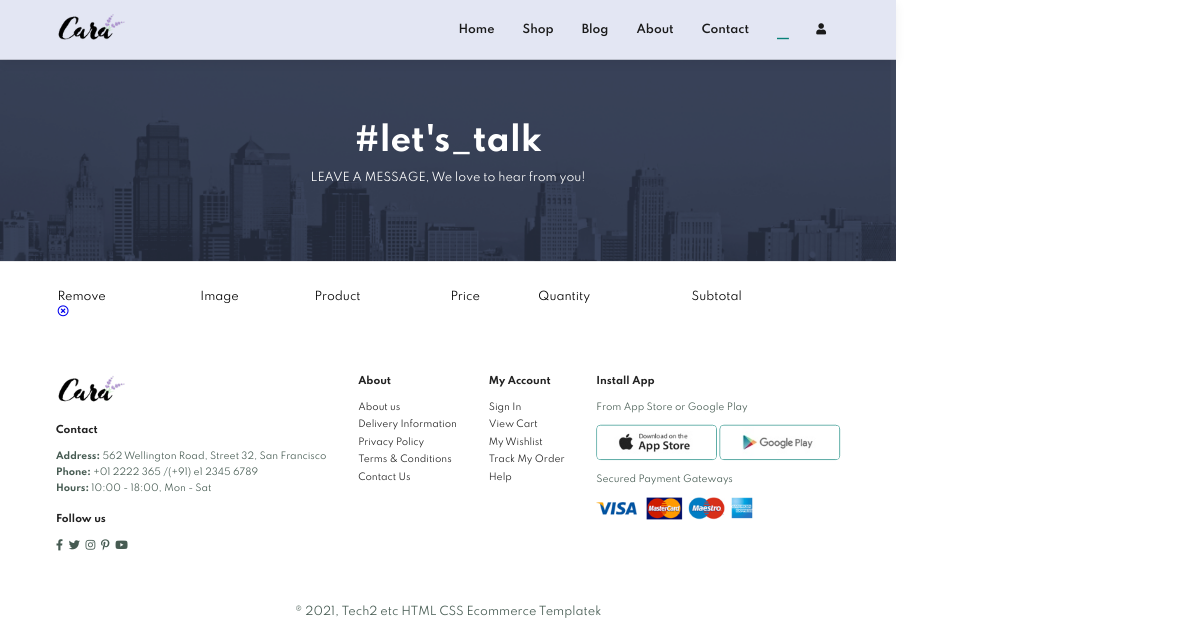
Repository: MinhNhatIT2901/Ecommerce
Page: cart.html
These files come from the project's save history. The page is drawn as it stood at one moment and after the next save; the edit follows.
The browser window is 1280 px wide. The page is 1280 px wide, then 1681 px, so the pictures cover 1681 px, including what lies to the right of the window. The pictures show the part of the page from y = 0 to 1440 px (the page is 903 px tall before and 1989 px after), at 70% of full size.
Some web libraries are served in a nearby version.

Above is the page before, as saved 2022-01-28 10:37:27.

### cart.html
<!DOCTYPE html>
<html lang="en">
<head>
    <meta charset="UTF-8">
    <meta http-equiv="X-UA-Compatible" content="IE=edge">
    <meta name="viewport" content="width=device-width, initial-scale=1.0">
    <title>Ecommerce</title>
    <link rel="stylesheet" href="https://pro.fontawesome.com/releases/v5.10.0/css/all.css" integrity="sha384-AYmEC3Yw5cVb3ZcuHtOA93w35dYTsvhLPVnYs9eStHfGJvOvKxVfELGroGkvsg+p" crossorigin="anonymous"/>
    <link rel="stylesheet" href="./styles/style.css">
</head>
<body>
    <div id="progressbar"></div>
    <div id="scrollPath"></div>

    <section id="header">
        <a href="">
            <img src="./imgs/img/logo.png" alt="" class="logo">
        </a>
        <div>
            <ul id="navbar">
                <li><a href="index.html">Home</a></li>
                <li><a href="shop.html">Shop</a></li>
                <li><a href="blog.html">Blog</a></li>
                <li><a href="about.html">About</a></li>
                <li><a href="contact.html">Contact</a></li>
                <li id="lg-bar"><a class="active" href="cart.html"><i class="far fa-shopping-bag"></i></a></li>
                <li><a href="login.html"><i class="fas fa-user"></i></a></li>
                <a href="#" id="close">
                    <i class="far fa-times"></i>
                </a>
            </ul>
        </div>
        <div id="mobile">
            <a href="cart.html"><i class="far fa-shopping-bag"></i></a>
            <i id="bar" class="fas fa-outdent"></i>
        </div>
    </section>

    <section id="page-header" class="about-header">
        <h2>#let's_talk</h2>
        <p>LEAVE A MESSAGE, We love to hear from you!</p>
    </section>

    <div id="cart" class="section-p1">
        <table width="100%">
            <thead>
                <tr>
                    <td>Remove</td>
                    <td>Image</td>
                    <td>Product</td>
                    <td>Price</td>
                    <td>Quantity</td>
                    <td>Subtotal</td>
                </tr>
            </thead>
            <tbody>
                <tr>
                    <td>
                        <a href="#"><i class="far fa-times-circle"></i></a>
                    </td>
                </tr>
            </tbody>
        </table>
    </div>


    <footer class="section-p1">
        <div class="col">
            <img  class="logo" src="imgs/img/logo.png" alt="">
            <h4>Contact</h4>
            <p><strong>Address: </strong> 562 Wellington Road, Street 32, San Francisco</p>
            <p><strong>Phone:</strong> +01 2222 365 /(+91) e1 2345 6789</p>
            <p><strong>Hours:</strong> 10:00 - 18:00, Mon - Sat</p>
            <div class="follow">
                <h4>Follow us</h4>
                <div class="icon">
                    <i class="fab fa-facebook-f"></i>
                    <i class="fab fa-twitter"></i>
                    <i class="fab fa-instagram"></i>
                    <i class="fab fa-pinterest-p"></i>
                    <i class="fab fa-youtube"></i>
                </div>
            </div>
        </div>

        <div class="col">
            <h4>About</h4>
            <a href="#">About us</a>
            <a href="#">Delivery Information</a>
            <a href="#">Privacy Policy</a>
            <a href="#">Terms & Conditions</a>
            <a href="#">Contact Us</a>
        </div>

        <div class="col">
            <h4>My Account</h4>
            <a href="#">Sign In</a>
            <a href="#">View Cart</a>
            <a href="#">My Wishlist</a>
            <a href="#">Track My Order</a>
            <a href="#">Help</a>
        </div>

        <div class="col install">
            <h4>Install App</h4>
            <p>From App Store or Google Play</p>
            <div class="row">
                <img src="imgs/img/pay/app.jpg" alt="">
                <img src="imgs/img/pay/play.jpg" alt="">
            </div>
            <p>Secured Payment Gateways </p>
            <img src="imgs/img/pay/pay.png" alt="">
        </div>
    </footer>
    <div class="copyright">
        <p>® 2021, Tech2 etc HTML CSS Ecommerce Templatek</p>
    </div>
    <script src="./styles/style.js"></script>
    <script type="text/javascript">
        let progress = document.getElementById('progressbar')
        let totalHeight = document.body.scrollHeight - window.innerHeight
        window.onscroll = function() {
            let progressHeight = (window.pageYOffset / totalHeight) * 100
            progress.style.height = progressHeight + "%"
        }
    </script>
</body>
</html>

### styles/style.css
@import url("https://fonts.googleapis.com/css2?family=Poppins:wght@400;500;600;700&family=Spartan:wght@400;500;600;700&display=swap");

::-webkit-scrollbar {
  width: 0;
}

#scrollPath {
  position: fixed;
  top: 0;
  right: 0;
  width: 8px;
  height: 100%;
  background: rgba(255, 255, 255, 0.03);
}

#progressbar {
  position: fixed;
  top: 0;
  right: 0;
  width: 6px;
  background: linear-gradient(to top, #59adf7, #67f0e2);
  animation: animate 5s linear infinite;
}

@keyframes animate {
  0%,
  100% {
    filter: hue-rotate(0deg);
  }
  50% {
    filter: hue-rotate(360deg);
  }
}

#progressbar::before {
  content: "";
  position: absolute;
  top: 0;
  left: 0;
  width: 100%;
  height: 100%;
  background: linear-gradient(to top, #008aff, #00ffe7);
  filter: blur(10px);
}

#progressbar::after {
  content: "";
  position: absolute;
  top: 0;
  left: 0;
  width: 100%;
  height: 100%;
  background: linear-gradient(to top, #008aff, #00ffe7);
  filter: blur(30px);
}

:root {
  --primary-color: #088178;
}
* {
  padding: 0;
  margin: 0;
  box-sizing: border-box;
  font-family: "Spartan", sans-serif;
}

h1 {
  font-size: 50px;
  line-height: 64px;
  color: #222;
}

h2 {
  font-size: 46px;
  line-height: 54px;
  color: #222;
}

h4 {
  font-size: 20px;
  color: #222;
}

h6 {
  font-weight: 700;
  font-size: 12px;
}

p {
  font-size: 16px;
  color: #465b52;
  margin: 15px 0 20px 0;
}

.section-p1 {
  padding: 40px 80px;
}

.section-m1 {
  margin: 40px 0;
}

button.normal {
  font-size: 14px;
  font-weight: 600;
  padding: 15px 30px;
  color: #000;
  background-color: #fff;
  cursor: pointer;
  border-radius: 4px;
  outline: none;
  transition: 0.25s;
  border: none;
}

button.white {
  font-size: 13px;
  font-weight: 600;
  padding: 11px 18px;
  color: #fff;
  background-color: transparent;
  cursor: pointer;
  outline: none;
  transition: 0.25s;
  border: 1px solid #fff;
  transition: 0.25s ease;
}

body {
  width: 100%;
}

/* Header */
#header {
  display: flex;
  align-items: center;
  justify-content: space-between;
  padding: 20px 80px;
  background: #e3e6f3;
  box-shadow: 0 5px 15px rgba(0, 0, 0, 0.06);
  z-index: 100;
  position: sticky;
  top: 0;
  left: 0;
}

#navbar {
  display: flex;
  align-items: center;
  justify-content: center;
}

#navbar li {
  list-style: none;
  padding: 0 20px;
  position: relative;
}

#navbar li a {
  text-decoration: none;
  font-size: 16px;
  font-weight: 600;
  color: #1a1a1a;
  transition: 0.25s ease;
}

#navbar li a:hover,
#navbar li a.active {
  color: var(--primary-color);
}

#navbar li a.active::after,
#navbar li a:hover::after {
  content: "";
  width: 30%;
  height: 2px;
  position: absolute;
  bottom: -4px;
  left: 20px;
  background: var(--primary-color);
}

#mobile {
  display: none;
  align-items: center;
}

#close {
  display: none;
}

/* Page home */
#hero {
  background-image: url("/imgs/img/hero4.png");
  height: 90vh;
  width: 100%;
  background-position: top 25% right 0;
  background-size: cover;
  padding: 0 80px;
  display: flex;
  align-items: flex-start;
  justify-content: center;
  flex-direction: column;
}

#hero h4 {
  padding-bottom: 15px;
}

#hero h1 {
  color: var(--primary-color);
}

#hero button {
  background-image: url("/imgs/img/button.png");
  background-color: transparent;
  color: var(--primary-color);
  border: 0;
  padding: 14px 80px 14px 65px;
  background-repeat: no-repeat;
  font-weight: 700;
  font-size: 15px;
  cursor: pointer;
}

#hero button:hover {
  opacity: 0.8;
}

#feature {
  display: flex;
  align-items: center;
  justify-content: space-between;
  flex-wrap: wrap;
}

#feature .fe-box {
  width: 180px;
  text-align: center;
  padding: 25px 15px;
  box-shadow: 20px 20px 34px rgba(0, 0, 0, 0.03);
  border: 1px solid #cce7d0;
  border-radius: 4px;
  margin: 15px 0;
}

#feature .fe-box:hover {
  box-shadow: 10px 10px 54px rgba(70, 62, 221, 0.1);
  cursor: pointer;
}

#feature .fe-box img {
  width: 100%;
  margin-bottom: 10px;
}

#feature .fe-box h6 {
  padding: 9px 8px 6px 8px;
  line-height: 1;
  border-radius: 4px;
  color: #088178;
  background-color: #fddde4;
}

#feature .fe-box:nth-child(2) h6 {
  background-color: #cdebbc;
}

#feature .fe-box:nth-child(3) h6 {
  background-color: #d1e8f2;
}

#feature .fe-box:nth-child(4) h6 {
  background-color: #cdd4f8;
}

#feature .fe-box:nth-child(5) h6 {
  background-color: #f6dbf6;
}

#feature .fe-box:nth-child(6) h6 {
  background-color: #fff2e5;
}

#product1 {
  text-align: center;
}

#product1 .pro-container {
  display: flex;
  justify-content: space-between;
  padding-top: 20px;
  flex-wrap: wrap;
}

#product1 .pro {
  width: 23%;
  min-width: 250px;
  padding: 10px 12px;
  border: 1px solid #cce7d0;
  border-radius: 25px;
  cursor: pointer;
  box-shadow: 20px 20px 30px rgba(0, 0, 0, 0.02);
  margin: 15px 0;
  transition: 0.25s ease-in;
  position: relative;
}

#product1 .pro:hover {
  box-shadow: 20px 20px 30px rgba(0, 0, 0, 0.06);
}

#product1 .pro img {
  width: 100%;
  border-radius: 20px;
}

#product1 .pro .des {
  text-align: start;
  padding: 10px 0;
}

#product1 .pro .des span {
  color: #606060;
  font-size: 12px;
}

#product1 .pro .des h5 {
  padding-top: 7px;
  color: #1a1a1a;
  font-size: 14px;
}

#product1 .pro .des i {
  font-size: 12px;
  color: rgb(243, 181, 25);
}

#product1 .pro .des h4 {
  padding-top: 17px;
  font-size: 15px;
  font-weight: 700;
  color: var(--primary-color);
}

#product1 .pro .cart {
  width: 40px;
  height: 40px;
  line-height: 40px;
  border-radius: 50px;
  background-color: #e8f6ea;
  color: var(--primary-color);
  border: 1px solid #cce7d0;
  right: 10px;
  position: absolute;
  bottom: 20px;
}

#product1 .pro .cart:hover {
  background-color: #a2fab0;
}

#banner {
  display: flex;
  flex-direction: column;
  justify-content: center;
  align-items: center;
  text-align: center;
  background-image: url("/imgs/img/banner/b2.jpg");
  width: 100%;
  height: 40vh;
  background-size: cover;
  background-position: center;
}

#banner h4 {
  color: #fff;
  font-size: 16px;
}

#banner h2 {
  color: #fff;
  font-size: 30px;
  padding: 10px 0;
}

#banner h2 span {
  color: #ef3636;
}

#banner button:hover {
  background-color: var(--primary-color);
  color: #fff;
}

#sm-banner {
  display: flex;
  justify-content: space-between;
  flex-wrap: wrap;
}

#sm-banner .banner-box {
  display: flex;
  flex-direction: column;
  justify-content: center;
  align-items: flex-start;
  background-image: url("/imgs/img/banner/b17.jpg");
  min-width: 660px;
  height: 50vh;
  background-size: cover;
  background-position: center;
  padding: 30px;
}

#sm-banner h4 {
  color: #fff;
  font-size: 30px;
  font-weight: 300;
}

#sm-banner h2 {
  color: #fff;
  font-size: 28px;
  font-weight: 800;
}

#sm-banner span {
  color: #fff;
  font-size: 16px;
  font-weight: 300;
  padding-bottom: 15px;
}

#sm-banner .banner-box:hover button {
  background: var(--primary-color);
  border: 1px solid var(--primary-color);
}

#sm-banner .banner-box2 {
  background-image: url("/imgs/img/banner/b10.jpg");
}

#banner3 {
  display: flex;
  justify-content: space-between;
  flex-wrap: wrap;
  padding: 0 80px;
}

#banner3 .banner-box {
  display: flex;
  flex-direction: column;
  justify-content: center;
  align-items: flex-start;
  background-image: url("/imgs/img/banner/b7.jpg");
  min-width: 30%;
  height: 30vh;
  background-size: cover;
  background-position: center;
  padding: 20px;
}

#banner3 h2 {
  color: #fff;
  font-weight: 900;
  font-size: 22px;
}

#banner3 h3 {
  color: red;
  font-weight: 800;
  font-size: 15px;
}

#banner3 .banner-box2 {
  background-image: url("/imgs/img/banner/b4.jpg");
}

#banner3 .banner-box3 {
  background-image: url("/imgs/img/banner/b18.jpg");
}

#newsletter {
  display: flex;
  justify-content: space-between;
  flex-wrap: wrap;
  text-align: center;
  background-image: url("/imgs/img/banner/b14.jpg");
  background-repeat: no-repeat;
  background-position: 20% 30%;
  background-color: #041e42;
}

#newsletter h4 {
  font-size: 22px;
  font-weight: 600;
  color: #fff;
}

#newsletter p {
  font-size: 22px;
  font-weight: 600;
  color: #818ea0;
}

#newsletter p span {
  color: #ffbd27;
}

#newsletter .form {
  display: flex;
  height: 3.123rem;
}

.form-input {
  padding: 0 1.25rem;
  font-size: 14px;
  border: 1px solid transparent;
  border-radius: 4px;
  outline: none;
  border-top-right-radius: 0;
  border-bottom-right-radius: 0;
  position: relative;
}

.form-input:focus {
  border-color: #210af7;
}

#newsletter button {
  background-color: var(--primary-color);
  color: #fff;
  white-space: nowrap;
  border-top-left-radius: 0;
  border-bottom-left-radius: 0;
}

footer {
  display: flex;
  flex-wrap: wrap;
  justify-content: space-between;
}

footer .col {
  display: flex;
  flex-direction: column;
  align-items: flex-start;
  margin-bottom: 20px;
}

footer .logo {
  margin-bottom: 30px;
}

footer h4 {
  font-size: 14px;
  padding-bottom: 20px;
}

footer p {
  font-size: 13px;
  margin: 0 0 8px 0;
}

footer a {
  font-size: 13px;
  text-decoration: none;
  color: #222;
  margin-bottom: 10px;
}

footer .follow {
  margin-top: 20px;
}

footer .follow i {
  color: #465b52;
  padding-right: 4px;
  cursor: pointer;
}

.row img:hover {
  cursor: pointer;
  transform: scale(1.03);
}

footer .install .row img {
  border: 1px solid var(--primary-color);
  border-radius: 6px;
}

footer .install img {
  margin: 10px 0 15px 0;
  transition: transform 0.25s linear;
}

footer .follow i:hover,
footer a:hover {
  color: var(--primary-color);
}

.copyright {
  text-align: center;
}

/* Shop */
#page-header {
  background-image: url("/imgs/img/banner/b1.jpg");
  width: 100%;
  height: 40vh;
  background-size: cover;
  display: flex;
  justify-content: center;
  align-items: center;
  text-align: center;
  flex-direction: column;
  padding: 14px;
}

#page-header h2,
#page-header p {
  color: #fff;
}

#pagination {
  text-align: center;
}

#pagination a {
  text-decoration: none;
  background-color: var(--primary-color);
  padding: 15px 20px;
  border-radius: 4px;
  font-weight: 600;
  color: #fff;
}

#pagination a i {
  font-size: 16px;
  font-weight: 600;
}

/* Single Product */
#prodetails {
  display: flex;
  margin-top: 20px;
}
#prodetails .single-pro-img {
  width: 40%;
  margin-right: 50px;
}

.small-img-group {
  display: flex;
  justify-content: space-between;
}

.small-img-col {
  flex-basis: 24%;
  cursor: pointer;
}

.single-pro-details {
  width: 50%;
  padding-top: 30px;
}

.single-pro-details h4 {
  padding: 40px 0 20px 0;
}

.single-pro-details h2 {
  font-size: 26px;
}

.single-pro-details select {
  display: block;
  padding: 5px 10px;
  margin-bottom: 10px;
  cursor: pointer;
}

.single-pro-details input {
  width: 50px;
  height: 47px;
  padding-left: 10px;
  font-size: 16px;
  margin-right: 10px;
}

.single-pro-details input:focus {
  outline: none;
}

.single-pro-details button {
  background: var(--primary-color);
  color: #fff;
}

.single-pro-details span {
  line-height: 25px;
}

/* Blog Page */
#page-header.blog-header {
  background-image: url("/imgs/img/banner/b19.jpg");
}

#blog {
  padding: 150px 150px 0 150px;
}

#blog .blog-box {
  position: relative;
  display: flex;
  align-items: center;
  width: 100%;
  padding-bottom: 90px;
}

#blog .blog-img {
  width: 50%;
  margin-right: 40px;
}

#blog img {
  width: 100%;
  height: 300px;
  object-fit: cover;
}

#blog .blog-details {
  width: 50%;
}

#blog .blog-details a {
  text-decoration: none;
  font-size: 11px;
  color: #000;
  font-weight: 700;
  position: relative;
  transition: 0.25 ease;
}

#blog .blog-details a::after {
  content: "";
  width: 50px;
  height: 1px;
  background-color: #000;
  position: absolute;
  top: 4px;
  right: -60px;
}

#blog .blog-details a:hover {
  color: var(--primary-color);
}

#blog .blog-details a:hover::after {
  background-color: var(--primary-color);
}

#blog .blog-box h1 {
  position: absolute;
  top: -40px;
  left: 0;
  font-size: 70px;
  font-weight: 700;
  z-index: -9;
  color: #c9cbce;
}

/* About Page */
#page-header.about-header {
  background-image: url("/imgs/img/about/banner.png");
}

#about-head {
  display: flex;
  align-items: center;
}

#about-head img {
  width: 50%;
  height: auto;
}

#about-head div {
  padding-left: 40px;
}

#about-head div p,
#about-head div abbr {
  line-height: 1.4;
}

#about-app {
  text-align: center;
}

#about-app .video {
  width: 70%;
  height: 100%;
  margin: 30px auto 0;
}

#about-app .video video {
  width: 100%;
  height: 100%;
  border-radius: 20px;
}

/* Contact Page */

.contact-details {
  display: flex;
  align-items: center;
  justify-content: space-between;
}

.contact-details .details {
  width: 40%;
}

.contact-details .details {
  width: 40%;
}

.contact-details .details span,
#form-details form span {
  font-size: 12px;
}

.contact-details .details h2,
#form-details form h2 {
  font-size: 26px;
  line-height: 35px;
  padding: 20px 0;
}

.contact-details .details h3 {
  font-size: 16px;
  padding-bottom: 15px;
}

.contact-details .details li {
  list-style: none;
  display: flex;
  padding: 10px 0;
}

.contact-details .details li i {
  font-size: 14px;
  padding-right: 22px;
}

.contact-details .details li p {
  margin: 0;
  font-size: 14px;
}

.contact-details .map {
  width: 55%;
  height: 400px;
}

.contact-details .map iframe {
  width: 100%;
  height: 100%;
}

#form-details {
  display: flex;
  justify-content: space-between;
  margin: 30px;
  padding: 80px;
  border: 1px solid #e1e1e1;
}

#form-details form {
  width: 65%;
  display: flex;
  flex-direction: column;
  align-items: flex-start;
}

#form-details form input,
#form-details form textarea {
  width: 100%;
  padding: 12px 15px;
  outline: none;
  margin-bottom: 20px;
  border: 1px solid #e1e1e1;
}

#form-details form button {
  background-color: #088178;
  color: #fff;
}

#form-details .people div {
  padding-bottom: 25px;
  display: flex;
  align-items: flex-start;
}

#form-details .people div img {
  width: 65px;
  height: 65px;
  object-fit: cover;
  margin-right: 15px;
}

#form-details .people div p {
  margin: 0;
  font-size: 13px;
  line-height: 25px;
}

#form-details .people div p span {
  display: block;
  font-size: 16px;
  font-weight: 600;
  color: O#00e;
}

/* Reponsive Start Media */
@media (max-width: 799px) {
  .section-p1 {
    padding: 40px 40px;
  }
  #navbar {
    display: flex;
    flex-direction: column;
    align-items: flex-start;
    justify-content: flex-start;
    position: fixed;
    top: 0;
    right: -300px;
    height: 100vh;
    width: 300px;
    background-color: #e3e6f3;
    box-shadow: 0 40px 60px rgba(0, 0, 0, 0.02);
    padding: 80px 0 0 10px;
    transition: 0.25s ease;
  }

  #navbar.active {
    right: 0;
  }

  #navbar li {
    margin-bottom: 25px;
  }

  #mobile {
    display: flex;
    align-items: center;
  }

  #mobile i {
    color: #1a1a1a;
    font-size: 24px;
    padding-left: 20px;
  }

  #close {
    position: absolute;
    top: 30px;
    right: 30px;
    color: #222;
    font-size: 24px;
    display: initial;
  }

  #lg-bar {
    display: none;
  }

  #hero {
    height: 70vh;
    padding: 0 80px;
    display: flex;
    background-position: top 30% right 30%;
  }

  #feature {
    justify-content: center;
  }

  #feature .fe-box {
    margin: 15px;
  }

  #product1 .pro-container {
    justify-content: center;
  }

  #product1 .pro {
    margin: 15px;
  }

  #banner {
    height: 20vh;
  }

  #sm-banner .banner-box {
    min-width: 100%;
    height: 30vh;
  }

  #banner3 {
    padding: 0 40px;
  }

  #banner3 .banner-box {
    width: 28%;
  }

  #newsletter .form {
    width: 100%;
  }

  /* Contact Page */
  #form-details {
    padding: 40px;
  }

  #form-details form {
    width: 50%;
  }
}

@media (max-width: 477px) {
  .section-p1 {
    padding: 20px;
  }

  #header {
    padding: 10px 30px;
  }

  h1 {
    font-size: 38px;
  }

  h2 {
    font-size: 32px;
  }

  #hero {
    padding: 0 20px;
    background-position: 55%;
  }

  #feature {
    justify-content: space-between;
  }

  #feature .fe-box {
    width: 155px;
    margin: 0 0 15px 0;
  }

  #product1 .pro {
    width: 100%;
  }

  #banner {
    height: 40vh;
  }

  #sm-banner .banner-box {
    height: 40vh;
  }

  #sm-banner .banner-box2 {
    margin-top: 20px;
  }

  #banner3 {
    padding: 0 20px;
  }

  #banner3 .banner-box {
    width: 100%;
  }

  #newsletter {
    padding: 40px 20px;
  }

  #newsletter .form {
    width: 100%;
  }

  /* Single Product */
  #prodetails {
    display: flex;
    flex-direction: column;
  }
  #prodetails .single-pro-img {
    width: 100%;
    margin-right: 0px;
  }
  .single-pro-details {
    width: 100%;
  }

  /* Blog Page */
  #blog {
    padding: 100px 20px 0 20px;
  }

  #blog .blog-box {
    display: flex;
    flex-direction: column;
    align-items: flex-start;
  }

  #blog .blog-img {
    width: 100%;
    margin-bottom: 30px;
  }

  #blog .blog-details {
    width: 100%;
  }

  /* About Page */
  #about-head {
    flex-direction: column;
  }

  #about-head img {
    width: 100%;
    margin-bottom: 20px;
  }

  #about-head .video {
    width: 100%;
  }

  /* Contact Page */
  .contact-details {
    flex-direction: column;
  }
  .contact-details .details {
    width: 100%;
    margin-bottom: 30px;
  }
  .contact-details .map {
    width: 100%;
  }

  #form-details {
    margin: 10px;
    padding: 30px 10px;
    flex-wrap: wrap;
  }

  #form-details form {
    width: 100%;
    margin-bottom: 30px;
  }
}

### styles/style.js
const bar = document.getElementById('bar')
const nav = document.getElementById('navbar')
const cl = document.getElementById('close')

if (bar) {
    bar.addEventListener('click', () => {
        nav.classList.add('active')
    })
}

if (cl) {
    cl.addEventListener('click', () => {
        nav.classList.remove('active')
    })
}

After the next save:
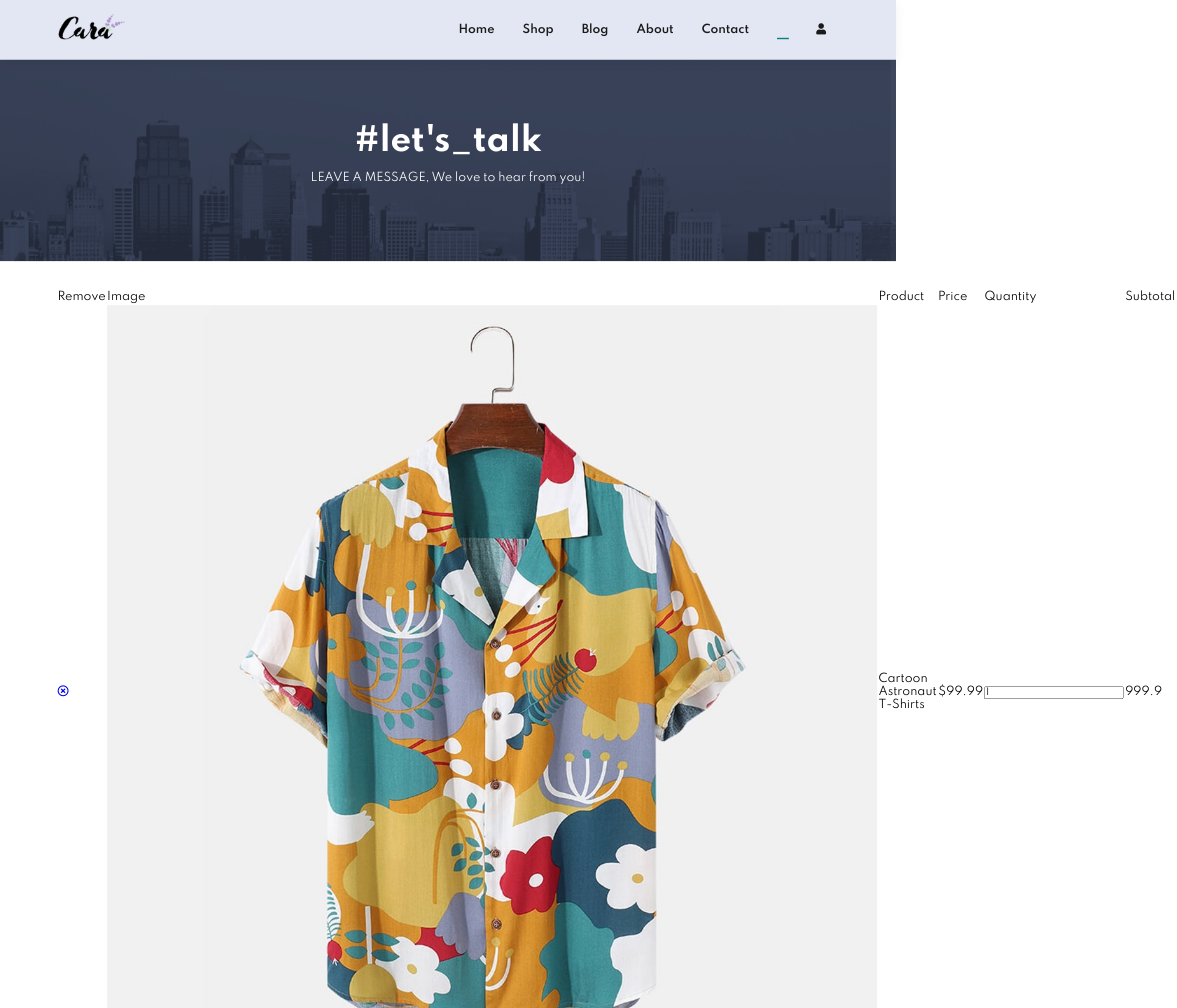
Saved 2 min 7 s later.
--- a/cart.html
+++ b/cart.html
@@ -57,6 +57,13 @@
                 <tr>
                     <td>
                         <a href="#"><i class="far fa-times-circle"></i></a>
+                    </td>
+                    <td>
+                        <img src="imgs/img/products/f1.jpg" alt="">
+                        <td>Cartoon Astronaut T-Shirts</td>
+                        <td>$99.99</td>
+                        <td><input type="number" value="1"></td>
+                        <td>999.9</td>
                     </td>
                 </tr>
             </tbody>
